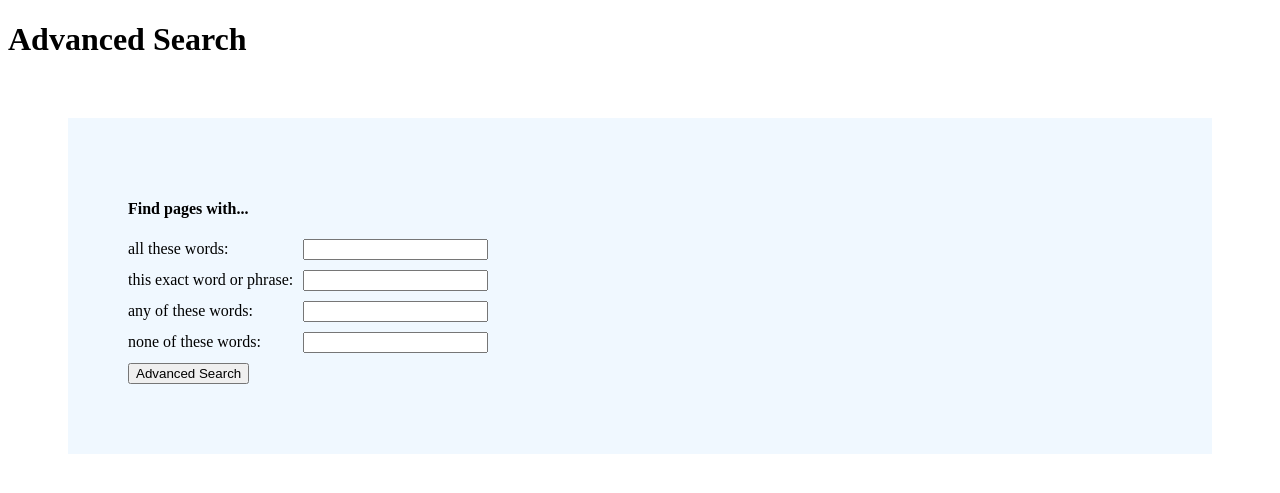
Repository: etentuk/search
Page: advanced_search.html
An editor plug-in stored every save of this project. The page is shown before and after the next save, followed by the edit.
The browser window is 1280 px wide. The pictures show the whole page.

Above is the page before, as saved 2021-11-04 20:58:52.

### advanced_search.html
<!DOCTYPE html>
<html lang="en">

<head>
    <title>Advanced Search</title>
    <link rel="stylesheet" href="styles.css">
</head>

<body>
    <header>
        <h1>Advanced Search</h1>
    </header>
    <div class="contentContainer">
        <h4>Find pages with...</h4>
        <form action="https://google.com/search" class="form-example">
            <div style="display: table-row;">
                <div class="form-example">
                    <label for="as_q">all these words: </label>
                    <input type="text" id="as_q" name="as_q">
                </div>
                <div class="form-example">
                    <label for="as_epq">this exact word or phrase: </label>
                    <input type="text" id="as_epq" name="as_epq">
                </div>
                <div class="form-example">
                    <label for="as_oq">any of these words: </label>
                    <input type="text" id="as_oq" name="as_oq">
                </div>
                <div class="form-example">
                    <label for="as_eq">none of these words: </label>
                    <input type="text" id="as_eq" name="as_eq">
                </div>
            </div>
            <input type="submit" value="Advanced Search">
        </form>
    </div>
</body>

</html>

### styles.css
form.form-example {
  display: table;
}

div.form-example {
  display: table-row;
}

label,
input {
  display: table-cell;
  margin-bottom: 10px;
}

label {
  padding-right: 10px;
}

div.contentContainer {
  background-color: aliceblue;
  width: auto;
  padding: 60px;
  margin: 60px;
}

After the next save:
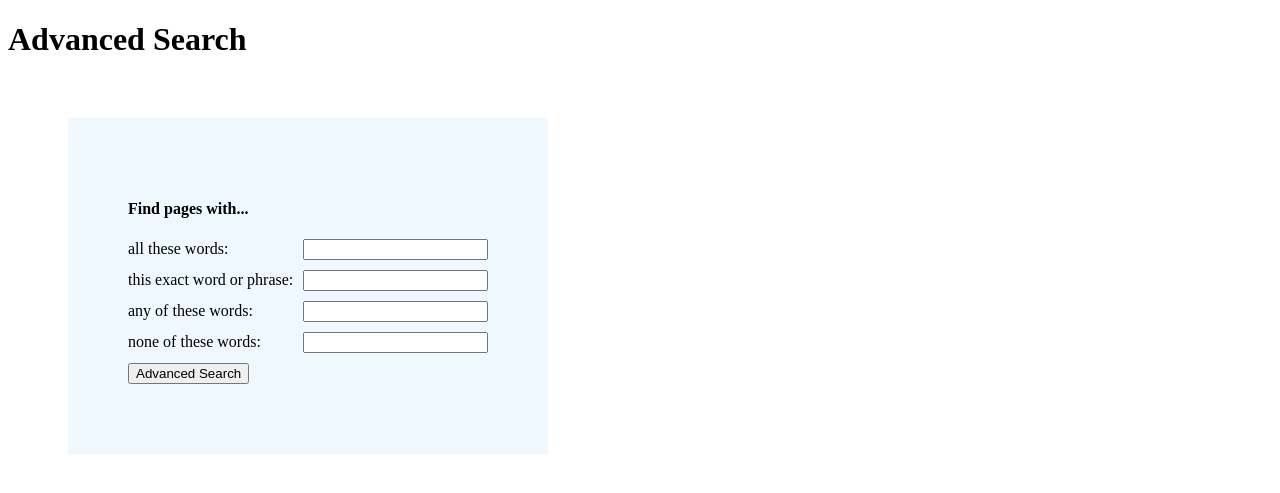
Saved 7 s later.
--- a/styles.css
+++ b/styles.css
@@ -18,7 +18,7 @@ label {
 
 div.contentContainer {
   background-color: aliceblue;
-  width: auto;
+  width: fit-content;
   padding: 60px;
   margin: 60px;
 }
